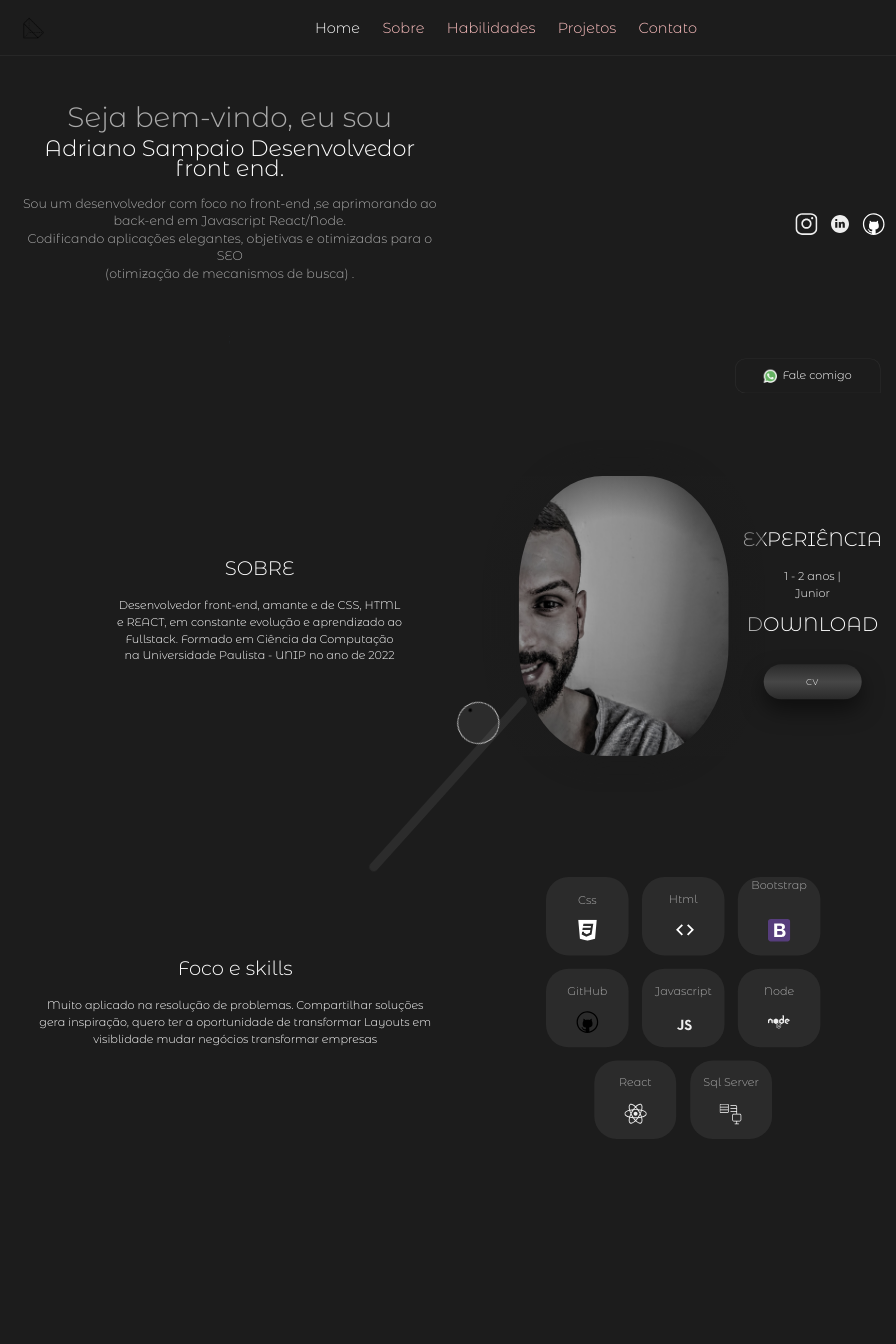
Repository: adrianodisam/NovoPortifolio
Page: /
An editor plug-in stored every save of this project. The page is shown before and after the next save, followed by the edit.
The browser window is 1280 px wide. The pictures show the part of the page from y = 0 to 1920 px (the page is 3024 px tall), at 70% of full size.
The project was rebuilt for these pictures with package versions that can differ from the ones it lists, and the page was loaded fresh each time. Imported but missing from the stored project, and not drawn on this page: src/componentes/Download/Adriano.pdf.

Above is the page before, as saved 2024-11-02 16:47:23.

After the next save:
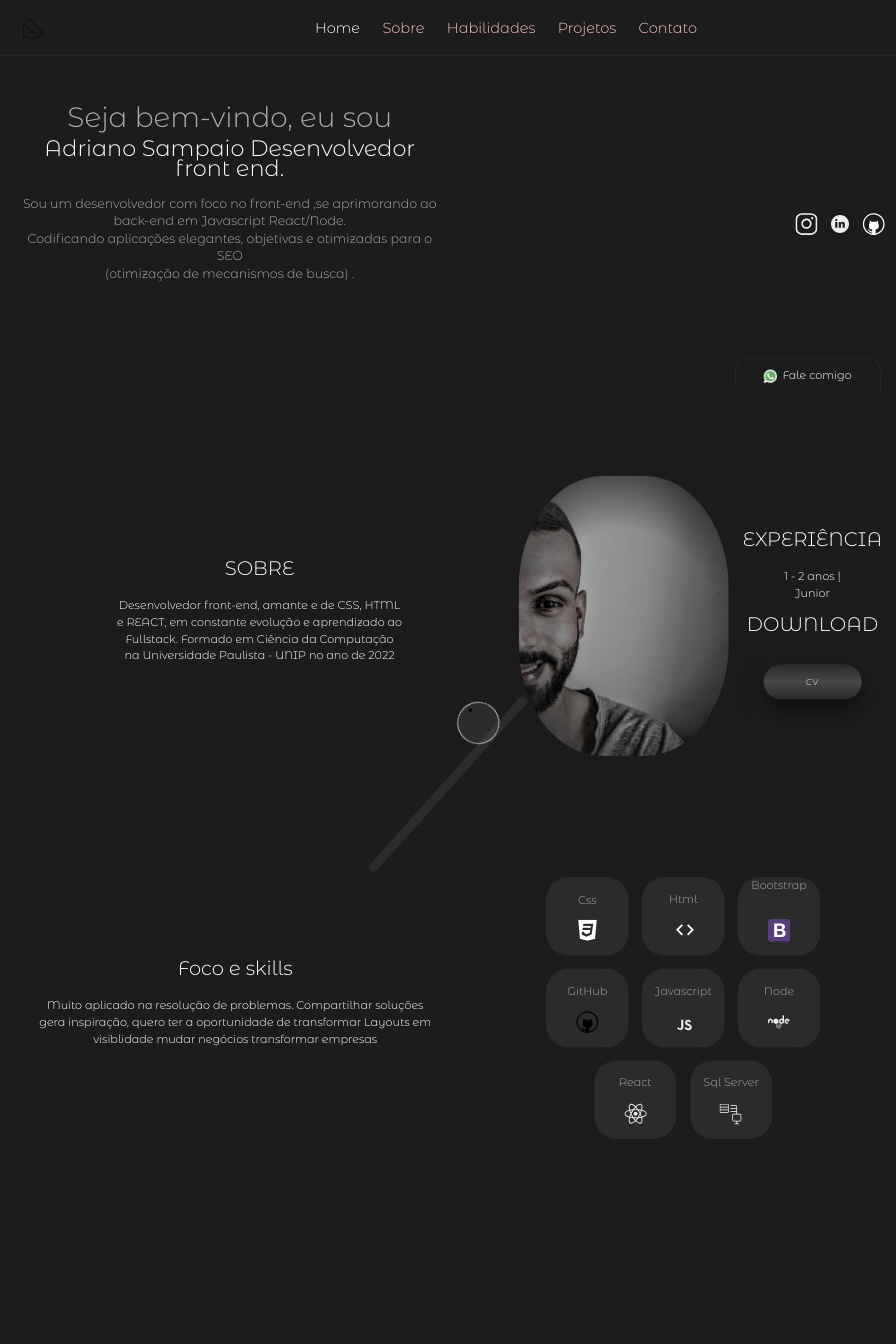
Saved 24 s later.
--- a/src/componentes/FotoSobre/FotoSobre.module.css
+++ b/src/componentes/FotoSobre/FotoSobre.module.css
@@ -22,7 +22,7 @@
 .Container::before {
   content: '';
   position: absolute;
-  width: 400px; /* Um pouco maior que a imagem para o efeito de borda */
+  width: 300px; /* Um pouco maior que a imagem para o efeito de borda */
   height: 400px;
   background: radial-gradient(circle, rgba(28, 28, 28, 0) 50%, #1c1c1c 100%);
   border-radius: 15px;
